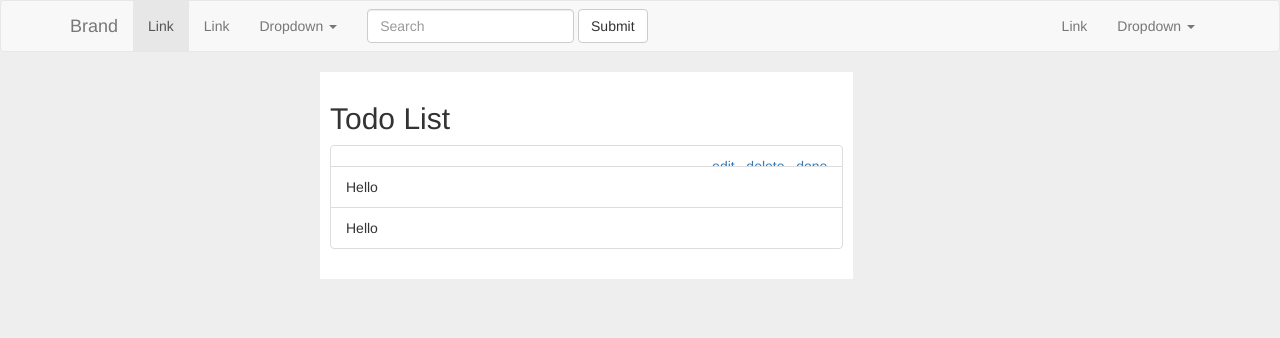
Repository: neoighodaro-articles/migrating-to-laravel
Page: http://localhost/pages/home.php?rel=add
The author's editor kept a copy of each file at every save. The page is drawn from the files as they stood at one save, then again after the next save.
The browser window is 1280 px wide. The pictures show the whole page.
The page is run by PHP 8.4 with error messages shown; the project is at /var/www/html/.

Above is the page before, as saved 2018-06-12 20:02:55.

### vanilla/pages/home.php
<!DOCTYPE html>
<html lang="en">
<head>
  <meta charset="UTF-8">
  <meta name="viewport" content="width=device-width, initial-scale=1.0">
  <meta http-equiv="X-UA-Compatible" content="ie=edge">
  <title>Todo Home</title>
  <link rel="stylesheet" href="https://maxcdn.bootstrapcdn.com/bootstrap/3.3.7/css/bootstrap.min.css" integrity="sha384-BVYiiSIFeK1dGmJRAkycuHAHRg32OmUcww7on3RYdg4Va+PmSTsz/K68vbdEjh4u" crossorigin="anonymous">
  <style>
    body {
      background: #EEE;
    }
  </style>
</head>
<body>
<nav class="navbar navbar-default">
  <div class="container">
    <!-- Brand and toggle get grouped for better mobile display -->
    <div class="navbar-header">
      <button type="button" class="navbar-toggle collapsed" data-toggle="collapse" data-target="#bs-example-navbar-collapse-1" aria-expanded="false">
        <span class="sr-only">Toggle navigation</span>
        <span class="icon-bar"></span>
        <span class="icon-bar"></span>
        <span class="icon-bar"></span>
      </button>
      <a class="navbar-brand" href="#">Brand</a>
    </div>

    <!-- Collect the nav links, forms, and other content for toggling -->
    <div class="collapse navbar-collapse" id="bs-example-navbar-collapse-1">
      <ul class="nav navbar-nav">
        <li class="active"><a href="#">Link <span class="sr-only">(current)</span></a></li>
        <li><a href="#">Link</a></li>
        <li class="dropdown">
          <a href="#" class="dropdown-toggle" data-toggle="dropdown" role="button" aria-haspopup="true" aria-expanded="false">Dropdown <span class="caret"></span></a>
          <ul class="dropdown-menu">
            <li><a href="#">Action</a></li>
            <li><a href="#">Another action</a></li>
            <li><a href="#">Something else here</a></li>
            <li role="separator" class="divider"></li>
            <li><a href="#">Separated link</a></li>
            <li role="separator" class="divider"></li>
            <li><a href="#">One more separated link</a></li>
          </ul>
        </li>
      </ul>
      <form class="navbar-form navbar-left">
        <div class="form-group">
          <input type="text" class="form-control" placeholder="Search">
        </div>
        <button type="submit" class="btn btn-default">Submit</button>
      </form>
      <ul class="nav navbar-nav navbar-right">
        <li><a href="#">Link</a></li>
        <li class="dropdown">
          <a href="#" class="dropdown-toggle" data-toggle="dropdown" role="button" aria-haspopup="true" aria-expanded="false">Dropdown <span class="caret"></span></a>
          <ul class="dropdown-menu">
            <li><a href="#">Action</a></li>
            <li><a href="#">Another action</a></li>
            <li><a href="#">Something else here</a></li>
            <li role="separator" class="divider"></li>
            <li><a href="#">Separated link</a></li>
          </ul>
        </li>
      </ul>
    </div><!-- /.navbar-collapse -->
  </div><!-- /.container-fluid -->

</nav>

  <div class="col-md-5 col-md-offset-3" style="background: #FFF;padding: 10px">
    <h2>Todo List</h2>
    <ul class="list-group">
      <li class="list-group-item">
        <span class="pull-right">
          <a href="#">edit</a> &nbsp;
          <a href="#">delete</a> &nbsp;
          <a href="#">done</a>
        </span>
      </li>
      <li class="list-group-item">
        Hello
      </li>
      <li class="list-group-item">
        Hello
      </li>
    </ul>
  </div>
</body>
</html>

After the next save:
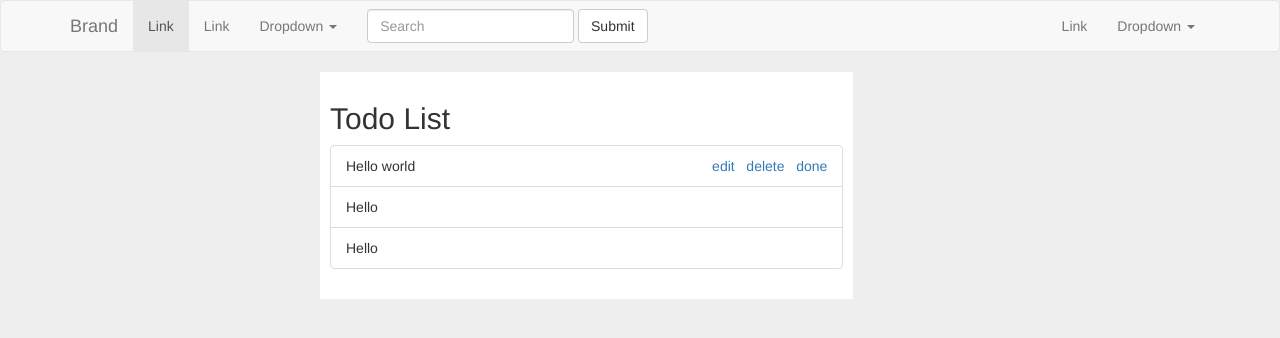
Saved 19 s later.
--- a/vanilla/pages/home.php
+++ b/vanilla/pages/home.php
@@ -72,6 +72,7 @@
     <h2>Todo List</h2>
     <ul class="list-group">
       <li class="list-group-item">
+       Hello world
         <span class="pull-right">
           <a href="#">edit</a> &nbsp;
           <a href="#">delete</a> &nbsp;
